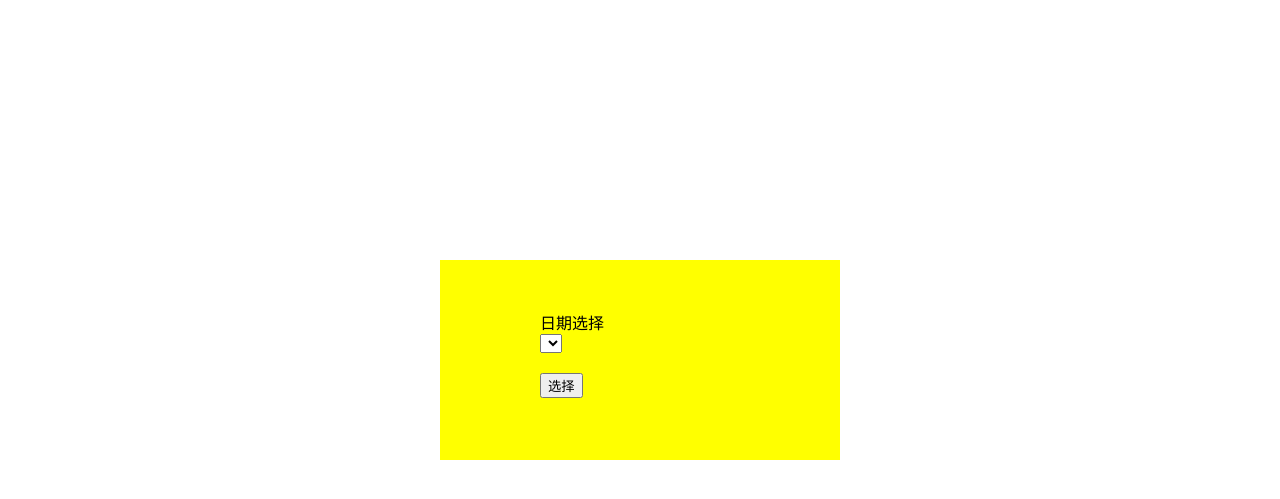
Repository: yz990219/InfectStatisticWeb
Page: http://localhost/MyInfectStatisticWeb/dateChoose.jsp
These files come from the project's save history. The page is drawn as it stood at one moment and after the next save; the edit follows.
The browser window is 1280 px wide. The pictures show the whole page.
The page is served by Tomcat 9.

Above is the page before, as saved 2020-03-13 14:13:53.

After the next save:
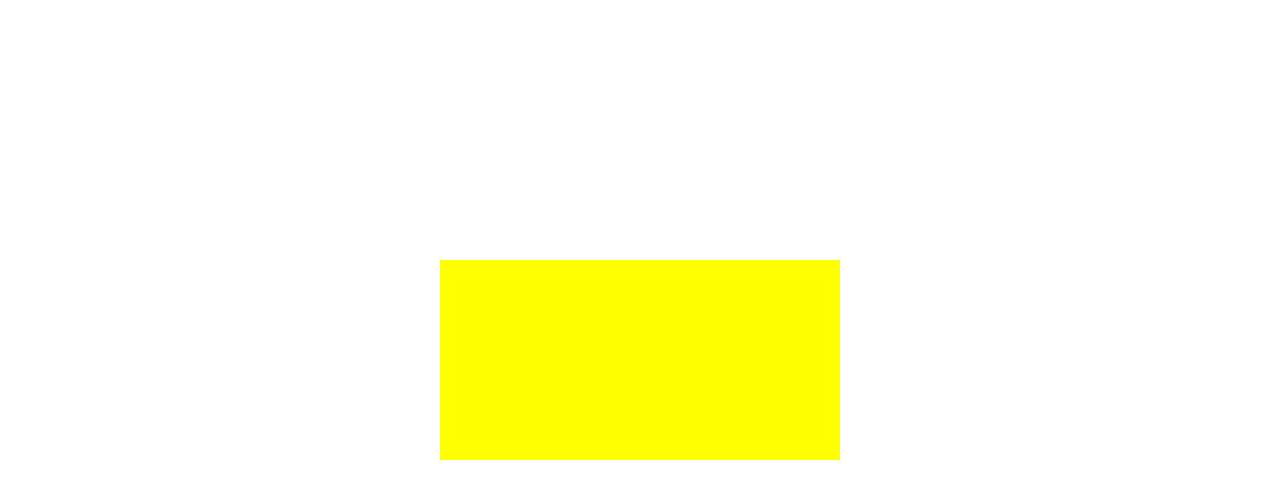
Saved 15 s later.
--- a/MyInfectStatisticWeb/WebContent/css/datechoose.css
+++ b/MyInfectStatisticWeb/WebContent/css/datechoose.css
@@ -13,5 +13,5 @@
     margin: -100px 0 0 -200px;
 }
 .form{
-	margin: 50px 0 0 100px;
+	margin: 75px 0 0 1250px;
 }
